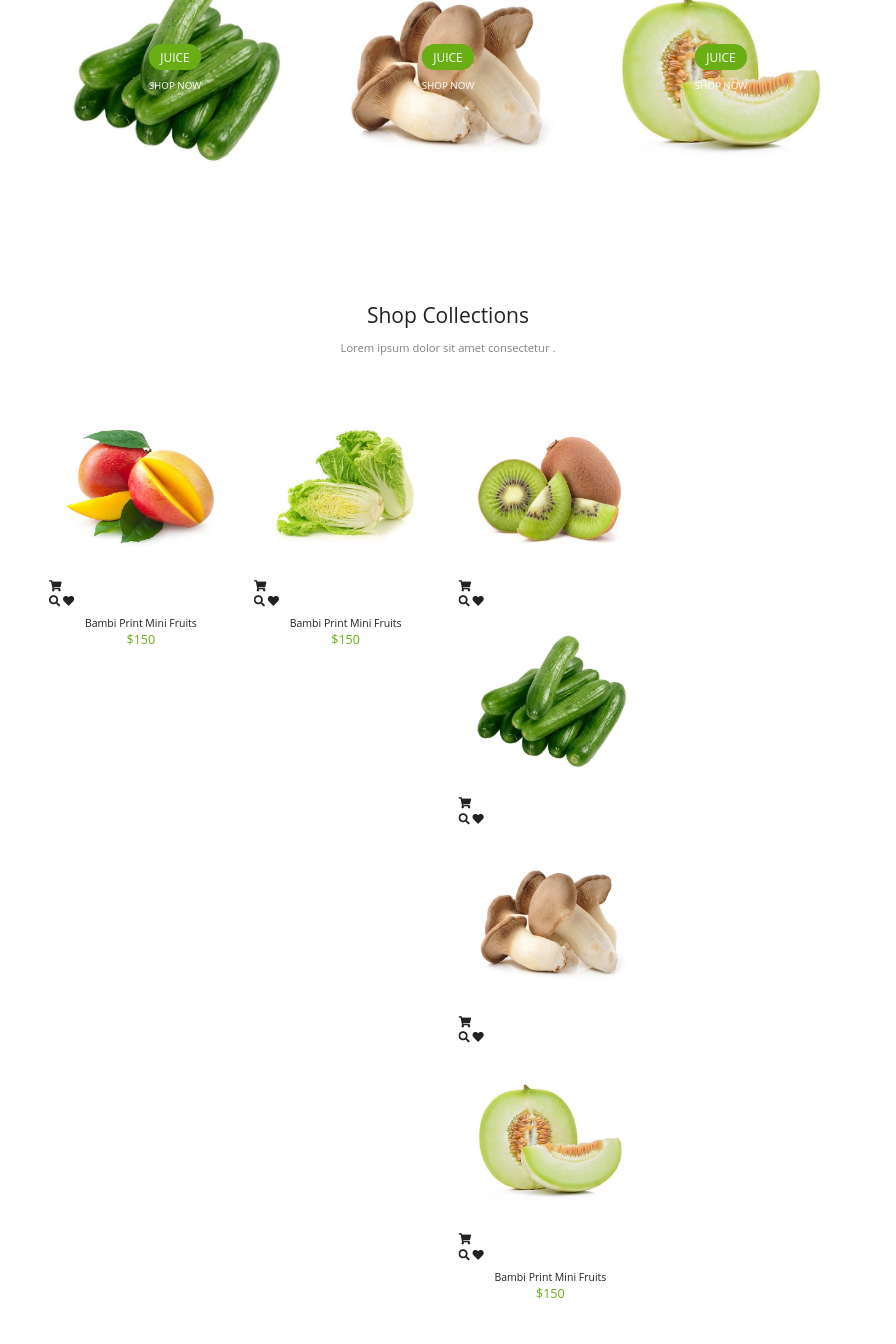
Repository: hoanggiainfomation/hoanggiainfomation.github.io
Page: index.html
These files come from the project's save history. The page is drawn as it stood at one moment and after the next save; the edit follows.
The browser window is 1280 px wide. The pictures show the part of the page from y = 1428 to 3348 px (the page is 3348 px tall before and 2414 px after), at 70% of full size.
Some web libraries are served in a nearby version.

Above is the page before, as saved 2021-08-17 21:10:10.

### index.html
<!DOCTYPE html>
<html lang="en">
  <head>
    <meta charset="UTF-8" />
    <meta name="viewport" content="width=device-width, initial-scale=1.0" />
    <!-- Favicon -->
    <link rel="shortcut icon" href="./images/favicon.png" type="image/png" />
    <!-- Font Awesome -->
    <link
      rel="stylesheet"
      href="https://cdnjs.cloudflare.com/ajax/libs/font-awesome/5.15.1/css/all.min.css"
    />
    <!-- ======== Swiper Js ======= -->
    <link
      rel="stylesheet"
      href="https://cdnjs.cloudflare.com/ajax/libs/Swiper/6.7.5/swiper-bundle.min.css"
    />

    <!-- Boxicons -->
    <link
      href="https://unpkg.com/boxicons@2.0.8/css/boxicons.min.css"
      rel="stylesheet"
    />
    <!-- Custom StyleSheet -->
    <link rel="stylesheet" href="./styles.css" />
    <title>Codevo - Ecommerce Website</title>
  </head>
  <body>
    <!-- Navigation -->
    <nav class="nav">
      <div class="wrapper container">
        <div class="logo">
          <a href="">
            <img src="./images/logo.png" alt="" />
          </a>
        </div>
        <ul class="nav-list show">
          <div class="top">
            <label for="" class="btn close-btn"
              ><i class="fas fa-times"></i
            ></label>
          </div>
          <li><a href="index.html">Home</a></li>
          <li><a href="products.html">Products</a></li>
          <li>
            <a href="" class="desktop-item"
              >Shop <span><i class="fas fa-chevron-down"></i></span
            ></a>
            <input type="checkbox" id="showMega" />
            <label for="showMega" class="mobile-item"
              >Shop <span><i class="fas fa-chevron-down"></i></span
            ></label>
            <div class="mega-box">
              <div class="content">
                <div class="row">
                  <img src="./images/nav.png" alt="" />
                </div>
                <div class="row">
                  <header>Shop Layout</header>
                  <ul class="mega-links">
                    <li><a href="#">Shop With Background</a></li>
                    <li><a href="#">Shop Mini Categories</a></li>
                    <li><a href="#">Shop Only Categories</a></li>
                    <li><a href="#">Shop Icon Categories</a></li>
                  </ul>
                </div>
                <div class="row">
                  <header>Filter Layout</header>
                  <ul class="mega-links">
                    <li><a href="#">Sidebar</a></li>
                    <li><a href="#">Filter Default</a></li>
                    <li><a href="#">Filter Drawer</a></li>
                    <li><a href="#">Filter Dropdown</a></li>
                  </ul>
                </div>
                <div class="row">
                  <header>Product Layout</header>
                  <ul class="mega-links">
                    <li><a href="#">Layout Zoom</a></li>
                    <li><a href="#">Layout Sticky</a></li>
                    <li><a href="#">Layout Sticky 2</a></li>
                    <li><a href="#">Layout Scroll</a></li>
                  </ul>
                </div>
              </div>
            </div>
          </li>
          <li><a href="">Blog</a></li>
          <li>
            <a href="" class="desktop-item"
              >Vendors <span><i class="fas fa-chevron-down"></i></span
            ></a>
            <input type="checkbox" id="showdrop1" />
            <label for="showdrop1" class="mobile-item"
              >Vendors <span><i class="fas fa-chevron-down"></i></span
            ></label>
            <ul class="drop-menu1">
              <li><a href="">Vendor Store listings</a></li>
              <li><a href="">Store Details</a></li>
            </ul>
          </li>

          <li>
            <a href="" class="desktop-item"
              >Page <span><i class="fas fa-chevron-down"></i></span
            ></a>
            <input type="checkbox" id="showdrop2" />
            <label for="showdrop2" class="mobile-item"
              >Page <span><i class="fas fa-chevron-down"></i></span
            ></label>
            <ul class="drop-menu2">
              <li><a href="">About</a></li>
              <li><a href="">Contact</a></li>
              <li><a href="">Faq</a></li>
              <li><a href="">Page 404</a></li>
            </ul>
          </li>
          <!-- icons -->
          <li class="icons">
            <a href="cart.html">
              <span>
                <img src="./images/shoppingBag.svg" alt="" />
                <small class="count d-flex">0</small>
              </span>
            </a>
            <span><img src="./images/search.svg" alt="" /></span>
          </li>
        </ul>
        <label for="" class="btn open-btn"><i class="fas fa-bars"></i></label>
      </div>
    </nav>
    <!-- Hero -->
    <div class="hero">
      <div class="row">
        <!-- Swiper -->
        <div class="swiper-container slider-1">
          <div class="swiper-wrapper">
            <div class="swiper-slide">
              <img src="./images/hero-1.png" alt="" />
              <div class="content">
                <h1>
                  Super market vegbox
                  <br />
                  start from
                  <span>$9</span>
                </h1>
                <p>
                  Lorem, ipsum dolor sit amet consectetur adipisicing elit. Ad
                  facilis architecto iste quidem maiores debitis laboriosam eum
                  cupiditate tempore cum distinctio alias vero, quasi sequi,
                  neque quisquam. Id, necessitatibus culpa.
                </p>
                <a href="">Shop Now</a>
              </div>
            </div>
            <div class="swiper-slide">
              <img src="./images/hero-2.png" alt="" />
              <div class="content">
                <h1>
                  You first Order
                  <br />
                  start from
                  <span>20% off</span>
                  at Juice
                </h1>
                <p>
                  Lorem, ipsum dolor sit amet consectetur adipisicing elit. Ad
                  facilis architecto iste quidem maiores debitis laboriosam eum
                  cupiditate tempore cum distinctio alias vero, quasi sequi,
                  neque quisquam. Id, necessitatibus culpa.
                </p>
                <a href="">Shop Now</a>
              </div>
            </div>
            <div class="swiper-slide">
              <img src="./images/hero-3.png" alt="" />
              <div class="content">
                <h1>
                  Super market vegbox
                  <br />
                  start from
                  <span>$9</span>
                </h1>
                <p>
                  Lorem, ipsum dolor sit amet consectetur adipisicing elit. Ad
                  facilis architecto iste quidem maiores debitis laboriosam eum
                  cupiditate tempore cum distinctio alias vero, quasi sequi,
                  neque quisquam. Id, necessitatibus culpa.
                </p>
                <a href="">Shop Now</a>
              </div>
            </div>
          </div>
          <!-- <div class="swiper-button-next"></div>
        <div class="swiper-button-prev"></div> -->
        </div>
      </div>
      <!-- Carousel Navigation -->
      <div class="arrows d-flex">
        <div class="swiper-prev d-flex">
          <i class="bx bx-chevrons-left swiper-icon"></i>
        </div>
        <div class="swiper-next d-flex">
          <i class="bx bx-chevrons-right swiper-icon"></i>
        </div>
      </div>
    </div>
    <!-- Collertions -->
    <section class="section collection">
      <div class="title">
        <h2>Shop Collections</h2>
        <span>Lorem ipsum dolor sit amet, consectetur adipisicing elit.</span>
      </div>
      <div class="collection-layout container">
        <div class="collection-item">
          <img src="./images/product-1.jpg" alt="" />
          <div class="collection-content">
            <h3>JUICE</h3>
            <a href="">SHOP NOW</a>
          </div>
        </div>
        <div class="collection-item">
          <img src="./images/product-2.jpg" alt="" />
          <div class="collection-content">
            <h3>JUICE</h3>
            <a href="">SHOP NOW</a>
          </div>
        </div>
        <div class="collection-item">
          <img src="./images/product-3.jpg" alt="" />
          <div class="collection-content">
            <h3>JUICE</h3>
            <a href="">SHOP NOW</a>
          </div>
        </div>
        <div class="collection-item">
          <img src="./images/product-4.jpg" alt="" />
          <div class="collection-content">
            <h3>JUICE</h3>
            <a href="">SHOP NOW</a>
          </div>
        </div>
        <div class="collection-item">
          <img src="./images/product-5.jpg" alt="" />
          <div class="collection-content">
            <h3>JUICE</h3>
            <a href="">SHOP NOW</a>
          </div>
        </div>
        <div class="collection-item">
          <img src="./images/product-6.jpg" alt="" />
          <div class="collection-content">
            <h3>JUICE</h3>
            <a href="">SHOP NOW</a>
          </div>
        </div>
      </div>
    </section>
    <!-- Featured Section -->
    <section class="section featured">
      <div class="title">
        <h2>Shop Collections</h2>
        <span>Lorem ipsum dolor sit amet consectetur .</span>
      </div>
      <div class="row container">
        <div class="swiper-container slider-2">
          <div class="swiper-wrapper">
            <div class="swiper-slide">
              <div class="product">
                <div class="img-container">
                  <img src="./images/product-1.jpg" alt="" />
                  <div class="addCart">
                    <i class="fas fa-shopping-cart"></i>
                  </div>
                  <ul class="side-icons">
                    <span><i class="fas fa-search"></i></span>
                    <span><i class="fas fa-heart"></i></span>
                    <span><i class="fas fa-slisers-h"></i></span>
                  </ul>
                </div>
                <div class="bottom">
                  <a href="productDetails.html">Bambi Print Mini Fruits</a>
                  <div class="price">
                    <span>$150</span>
                  </div>
                </div>
              </div>
            </div>
            <div class="swiper-slide">
              <div class="product">
                <div class="img-container">
                  <img src="./images/product-2.jpg" alt="" />
                  <div class="addCart">
                    <i class="fas fa-shopping-cart"></i>
                  </div>
                  <ul class="side-icons">
                    <span><i class="fas fa-search"></i></span>
                    <span><i class="fas fa-heart"></i></span>
                    <span><i class="fas fa-slisers-h"></i></span>
                  </ul>
                </div>
                <div class="bottom">
                  <a href="productDetails.html">Bambi Print Mini Fruits</a>
                  <div class="price">
                    <span>$150</span>
                  </div>
                </div>
              </div>
            </div>
            <div class="swiper-slide">
              <div class="product">
                <div class="img-container">
                  <img src="./images/product-3.jpg" alt="" />
                  <div class="addCart">
                    <i class="fas fa-shopping-cart"></i>
                  </div>
                  <ul class="side-icons">
                    <span><i class="fas fa-search"></i></span>
                    <span><i class="fas fa-heart"></i></span>
                    <span><i class="fas fa-slisers-h"></i></span>
                  </ul>
                </div>
                <div class="img-container">
                  <img src="./images/product-4.jpg" alt="" />
                  <div class="addCart">
                    <i class="fas fa-shopping-cart"></i>
                  </div>
                  <ul class="side-icons">
                    <span><i class="fas fa-search"></i></span>
                    <span><i class="fas fa-heart"></i></span>
                    <span><i class="fas fa-slisers-h"></i></span>
                  </ul>
                </div>
                <div class="img-container">
                  <img src="./images/product-5.jpg" alt="" />
                  <div class="addCart">
                    <i class="fas fa-shopping-cart"></i>
                  </div>
                  <ul class="side-icons">
                    <span><i class="fas fa-search"></i></span>
                    <span><i class="fas fa-heart"></i></span>
                    <span><i class="fas fa-slisers-h"></i></span>
                  </ul>
                </div>
                <div class="img-container">
                  <img src="./images/product-6.jpg" alt="" />
                  <div class="addCart">
                    <i class="fas fa-shopping-cart"></i>
                  </div>
                  <ul class="side-icons">
                    <span><i class="fas fa-search"></i></span>
                    <span><i class="fas fa-heart"></i></span>
                    <span><i class="fas fa-slisers-h"></i></span>
                  </ul>
                </div>
                <div class="bottom">
                  <a href="productDetails.html">Bambi Print Mini Fruits</a>
                  <div class="price">
                    <span>$150</span>
                  </div>
                </div>
              </div>
            </div>
          </div>
        </div>
      </div>
    </section>
    <!-- ======== SwiperJS ======= -->
    <script src="https://cdnjs.cloudflare.com/ajax/libs/Swiper/6.7.5/swiper-bundle.min.js"></script>
    <!-- Custom Scripts -->
    <script src="./js/slider.js"></script>
    <script src="./js/index.js"></script>
  </body>
</html>

Loaded but not shown: js/slider.js (32 lines, source omitted); js/index.js (10 lines, source omitted); styles.css (672 lines, source omitted)

After the next save:
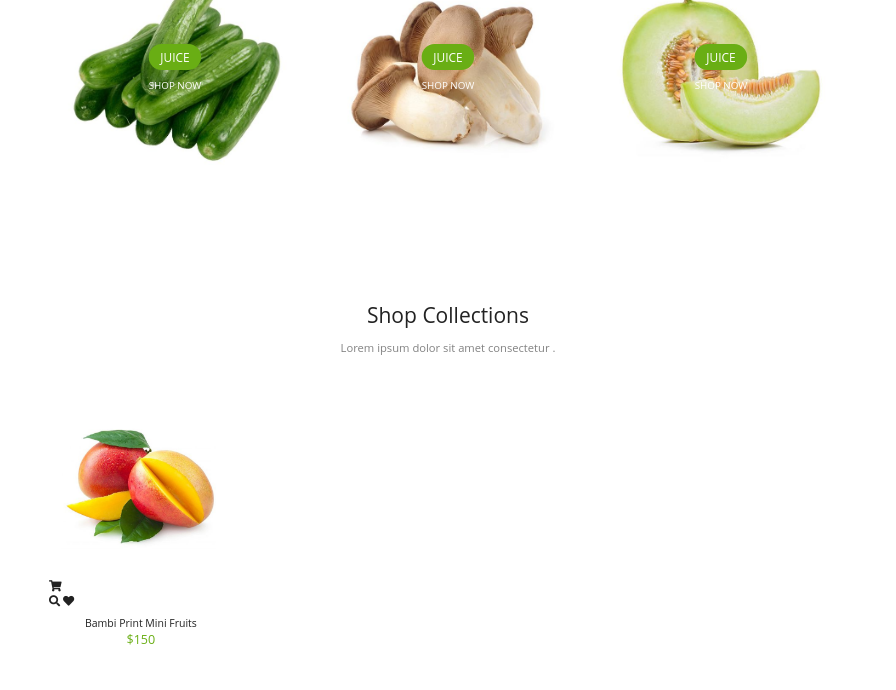
Saved 102 s later.
--- a/index.html
+++ b/index.html
@@ -286,81 +286,6 @@
                 </div>
               </div>
             </div>
-            <div class="swiper-slide">
-              <div class="product">
-                <div class="img-container">
-                  <img src="./images/product-2.jpg" alt="" />
-                  <div class="addCart">
-                    <i class="fas fa-shopping-cart"></i>
-                  </div>
-                  <ul class="side-icons">
-                    <span><i class="fas fa-search"></i></span>
-                    <span><i class="fas fa-heart"></i></span>
-                    <span><i class="fas fa-slisers-h"></i></span>
-                  </ul>
-                </div>
-                <div class="bottom">
-                  <a href="productDetails.html">Bambi Print Mini Fruits</a>
-                  <div class="price">
-                    <span>$150</span>
-                  </div>
-                </div>
-              </div>
-            </div>
-            <div class="swiper-slide">
-              <div class="product">
-                <div class="img-container">
-                  <img src="./images/product-3.jpg" alt="" />
-                  <div class="addCart">
-                    <i class="fas fa-shopping-cart"></i>
-                  </div>
-                  <ul class="side-icons">
-                    <span><i class="fas fa-search"></i></span>
-                    <span><i class="fas fa-heart"></i></span>
-                    <span><i class="fas fa-slisers-h"></i></span>
-                  </ul>
-                </div>
-                <div class="img-container">
-                  <img src="./images/product-4.jpg" alt="" />
-                  <div class="addCart">
-                    <i class="fas fa-shopping-cart"></i>
-                  </div>
-                  <ul class="side-icons">
-                    <span><i class="fas fa-search"></i></span>
-                    <span><i class="fas fa-heart"></i></span>
-                    <span><i class="fas fa-slisers-h"></i></span>
-                  </ul>
-                </div>
-                <div class="img-container">
-                  <img src="./images/product-5.jpg" alt="" />
-                  <div class="addCart">
-                    <i class="fas fa-shopping-cart"></i>
-                  </div>
-                  <ul class="side-icons">
-                    <span><i class="fas fa-search"></i></span>
-                    <span><i class="fas fa-heart"></i></span>
-                    <span><i class="fas fa-slisers-h"></i></span>
-                  </ul>
-                </div>
-                <div class="img-container">
-                  <img src="./images/product-6.jpg" alt="" />
-                  <div class="addCart">
-                    <i class="fas fa-shopping-cart"></i>
-                  </div>
-                  <ul class="side-icons">
-                    <span><i class="fas fa-search"></i></span>
-                    <span><i class="fas fa-heart"></i></span>
-                    <span><i class="fas fa-slisers-h"></i></span>
-                  </ul>
-                </div>
-                <div class="bottom">
-                  <a href="productDetails.html">Bambi Print Mini Fruits</a>
-                  <div class="price">
-                    <span>$150</span>
-                  </div>
-                </div>
-              </div>
-            </div>
           </div>
         </div>
       </div>
